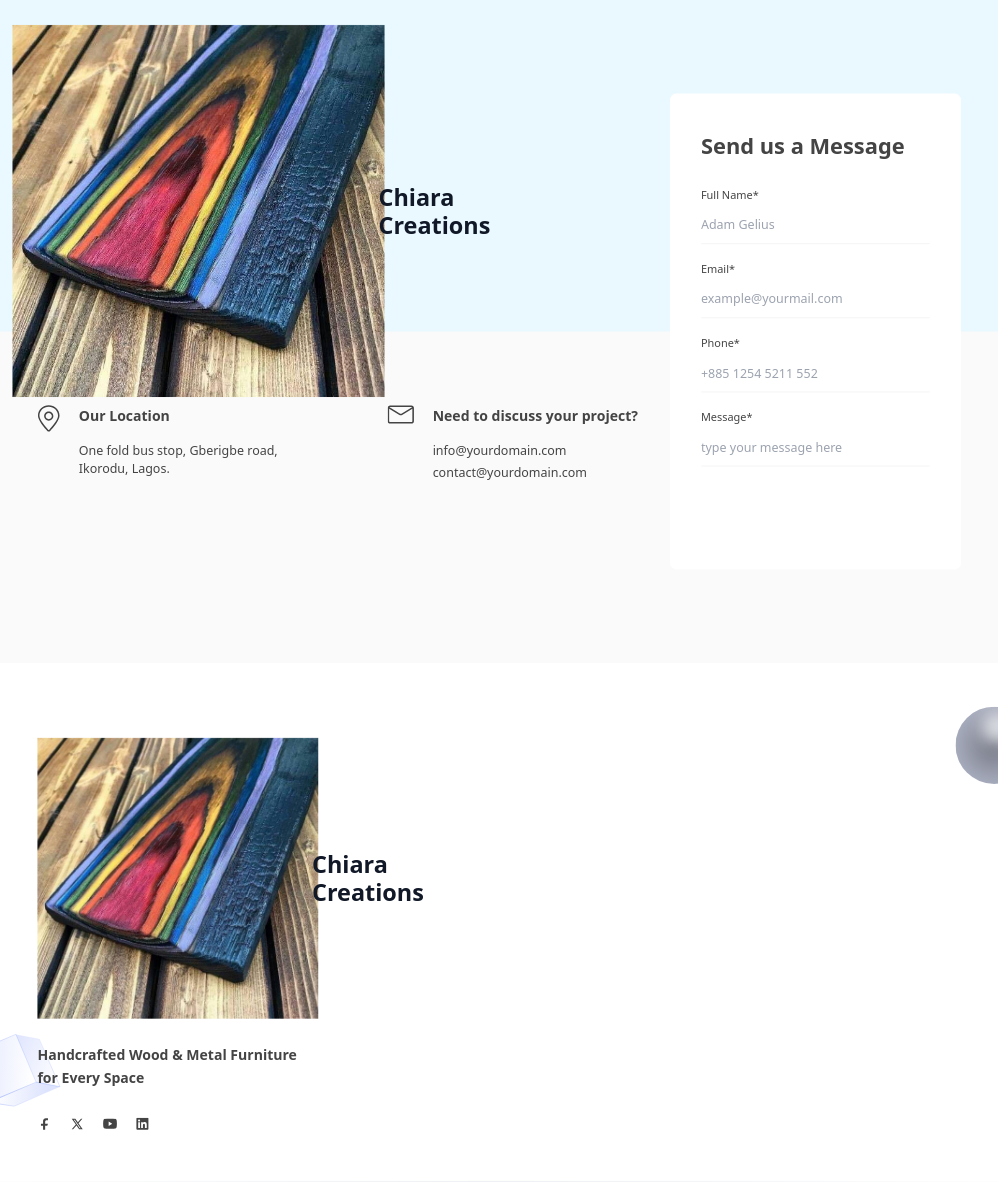
Repository: SuezDevelopment/chiara_creations
Page: /
An editor plug-in stored every save of this project. The page is shown before and after the next save, followed by the edit.
The browser window is 1280 px wide. The pictures show the whole page, at 78% of full size.
The project was rebuilt for these pictures with package versions that can differ from the ones it lists, and the page was loaded fresh each time. The framework's server and built-in components were replaced by stand-ins that run in the browser. Also part of the build but not shown: next.config.mjs.

Above is the page before, as saved 2024-03-07 13:14:34.

### src/pages/_app.tsx
import 'tailwindcss/tailwind.css';
import "@/styles/globals.css";
import type { AppProps } from "next/app";

import {memo} from 'react';

const MyApp = memo(({Component, pageProps}: AppProps): JSX.Element => {
  return (
    <>
      <Component {...pageProps} />
    </>
  );
});

export default MyApp;

### src/pages/_document.tsx
import { Html, Head, Main, NextScript } from "next/document";

export default function Document() {
  return (
    <Html lang="en">
      <Head>
        <meta charSet="utf-8" />

        <meta content="notranslate" name="google" />
      </Head>
      <body>
        <Main />
        <NextScript />
      </body>
    </Html>
  );
}

### src/pages/index.tsx
import Image from "next/image";
import { Inter } from "next/font/google";
import Page from "@/components/layout/page";
import { homePageMeta } from "@/data/data";
import Header from "@/components/ui/header";
import Contact from "@/components/ui/contact";
import Footer from "@/components/ui/footer";

export default function Home() {
  const {title, description} = homePageMeta;
  return (
    <Page title={title} description={description}>
      <Header />
      <Contact />
      <Footer />
    </Page>
  );
}

### src/styles/globals.css
@tailwind base;
@tailwind components;
@tailwind utilities;

@layer utilities {
  /* Chrome, Safari and Opera */
  .no-scrollbar::-webkit-scrollbar {
    display: none;
  }

  .no-scrollbar {
    -ms-overflow-style: none; /* IE and Edge */
    scrollbar-width: none; /* Firefox */
  }
}

@supports (-webkit-touch-callout: none) {
  .h-screen {
    height: -webkit-fill-available;
  }
}

* {
  -webkit-font-smoothing: antialiased;
  -moz-osx-font-smoothing: grayscale;
}

html {
  -webkit-tap-highlight-color: transparent;
  scroll-behavior: smooth;
  height: 100vh;
}

body {
  position: relative;
  width: 100%;
  color: #444444;
  font-family: system-ui, -apple-system, BlinkMacSystemFont, 'Segoe UI', Ubuntu, 'Helvetica Neue', sans-serif;
  background-color: #fafafa;
}

td,
th {
  padding: 4px 8px 4px 4px;
  text-align: left;
}

th {
  font-weight: 600;
}

### src/components/layout/page.tsx
import { HomepageMeta } from '@/data/types';
import {NextPage} from 'next';
import Head from 'next/head';
import {useRouter} from 'next/router';
import {memo, PropsWithChildren} from 'react';


const Page: NextPage<PropsWithChildren<HomepageMeta>> = memo(({children, title, description}) => {
    const router = useRouter();
    const {asPath: pathname} = useRouter();
    return (
        <>
            <Head>
                <title>{title}</title>
                <meta name="description" content={description} />

                 {/* several domains list the same content, make sure google knows we mean this one. */}
                <link href={`https://chiara-creations.vercel.app${pathname}`} key="canonical" rel="canonical" />
                <link href="/favicon.ico" rel="icon" sizes="any" />

                <link href="/icon.svg" rel="icon" type="image/svg+xml" />

                <link href="/apple-touch-icon.png" rel="apple-touch-icon" />

                <link href="/site.webmanifest" rel="manifest" />

                {/* Open Graph : https://ogp.me/ */}
                <meta content={title} property="og:title" />
                <meta content={description} property="og:description" />
                <meta content={`https://chiara-creations.vercel.app${pathname}`} property="og:url" />

                <meta content={title} name="twitter:title" />
                <meta content={description} name="twitter:description" />
            </Head>
            <main>
                {children}
            </main>
        </>
    )
});

Page.displayName = 'Page';
export default Page;

### src/data/data.ts
import { HomepageMeta, Service } from "./types";

export const homePageMeta: HomepageMeta = {
  title:
    "Chiara Creations - Handcrafted Wood & Metal Furniture for Every Space",
  description:
    "With a focus on quality craftsmanship and innovative design, we cater to various sectors including residential, commercial, and industrial clients.",
};

export const services: Service[] = [
  {
    name: "Wooden Furniture",
    description:
      "At Chiara creations,our wooden furniture range includes but is not limited to tables, chairs, doors,cabinets, shelves, closets,bed frames, and custom-designed pieces.",
  },
  {
    name: "Metal Furniture",
    description:
      "We also manufacture metal furniture such as steel-framed tables, chairs, desks, shelves, armored doors, security doors , regular doors and industrial-style furniture for modern living spaces.",
  },
  {
    name: "Custom Fabrication",
    description:
      "We provide bespoke fabrication services, collaborating closely with clients to create custom wood and metal products tailored to their specific requirements.",
  },
  {
    name: "Interior Design Solutions",
    description:
      "Our team here at Chiara creations offers comprehensive interior design solutions, integrating our furniture pieces into cohesive interior spaces for homes, offices, restaurants, and other commercial establishments.",
  },
  {
    name: "Consultation and Installation",
    description:
      "From initial consultation to final installation, we ensure a seamless process, guiding clients through every step of the project to achieve their desired outcome.",
  },
];

### src/components/ui/header.tsx
"use client";
import Image from "next/image";
import Link from "next/link";
import { usePathname } from "next/navigation";
// import ThemeToggler from "./ThemeToggler";
// import menuData from "./menuData";
import { useState, useEffect, SetStateAction, ReactElement, JSXElementConstructor, ReactNode, PromiseLikeOfReactNode, Key, ReactPortal } from "react";
import { UrlObject } from "url";


const menuData: { path: string | UrlObject; title: string | number | boolean | PromiseLikeOfReactNode | ReactElement<any, string | JSXElementConstructor<any>> | Iterable<ReactNode> | null | undefined; submenu: any[]; }[] = [

];

const Header = () => {
  // Navbar toggle
  const [navbarOpen, setNavbarOpen] = useState(false);
  const navbarToggleHandler = () => {
    setNavbarOpen(!navbarOpen);
  };

  // Sticky Navbar
  const [sticky, setSticky] = useState(false);
  const handleStickyNavbar = () => {
    if (window.scrollY >= 80) {
      setSticky(true);
    } else {
      setSticky(false);
    }
  };
  useEffect(() => {
    window.addEventListener("scroll", handleStickyNavbar);
  });

  // submenu handler
  const [openIndex, setOpenIndex] = useState(-1);
  const handleSubmenu = (index: number) => {
    if (openIndex === index) {
      setOpenIndex(-1);
    } else {
      setOpenIndex(index);
    }
  };

  const usePathName = usePathname();

  return (
    <>
      <header
        className={`header left-0 right-0 top-0 z-40 flex w-full items-center ${
          sticky
            ? "dark:bg-gray-dark dark:shadow-sticky-dark fixed z-[9999] bg-white !bg-opacity-80 shadow-sticky backdrop-blur-sm transition"
            : "absolute bg-transparent"
        }`}
      >
        <div className="container">
          <div className="relative mx-4 flex items-center justify-between">
            <div className="w-full max-w-full px-4 xl:mr-12 relative z-20 flex justify-between md:px-0 lg:w-max">
              <Link
                href="/"
                className={`header-logo w-full flex items-center -space-x-2 ${
                  sticky ? "py-5 lg:py-2" : "py-8"
                } `}
              >
                <Image
                  src="/images/logo.png"
                  alt="logo"
                  width={40}
                  height={30}
                  className="w-full dark:hidden"
                />
                <Image
                  src="/images/logo.png"
                  alt="logo"
                  width={40}
                  height={30}
                  className="hidden w-full dark:block"
                />
              <span className="text-2xl sm:text-xl md:text-3xl font-bold text-gray-900 dark:text-gray">Chiara Creations</span>
              </Link>
            </div>
            <div className="flex w-full items-center justify-between px-4">
              <div>
                <button
                  onClick={navbarToggleHandler}
                  id="navbarToggler"
                  aria-label="Mobile Menu"
                  className="absolute right-4 top-1/2 block translate-y-[-50%] rounded-lg px-3 py-[6px] ring-primary focus:ring-2 lg:hidden"
                >
                  <span
                    className={`relative my-1.5 block h-0.5 w-[30px] bg-black transition-all duration-300 dark:bg-white ${
                      navbarOpen ? " top-[7px] rotate-45" : " "
                    }`}
                  />
                  <span
                    className={`relative my-1.5 block h-0.5 w-[30px] bg-black transition-all duration-300 dark:bg-white ${
                      navbarOpen ? "opacity-0 " : " "
                    }`}
                  />
                  <span
                    className={`relative my-1.5 block h-0.5 w-[30px] bg-black transition-all duration-300 dark:bg-white ${
                      navbarOpen ? " top-[-8px] -rotate-45" : " "
                    }`}
                  />
                </button>
                <nav
                  id="navbarCollapse"
                  className={`navbar absolute right-0 z-30 w-[250px] rounded border-[.5px] border-body-color/50 bg-white px-6 py-4 duration-300 dark:border-body-color/20 dark:bg-dark lg:visible lg:static lg:w-auto lg:border-none lg:!bg-transparent lg:p-0 lg:opacity-100 ${
                    navbarOpen
                      ? "visibility top-full opacity-100"
                      : "invisible top-[120%] opacity-0"
                  }`}
                >
                  <ul className="block lg:flex lg:space-x-12">
                    {menuData.map((menuItem: { path: string | UrlObject; title: string | number | boolean | ReactElement<any, string | JSXElementConstructor<any>> | Iterable<ReactNode> | PromiseLikeOfReactNode | null | undefined; submenu: any[]; }, index: any | null | undefined) => (
                      <li key={index} className="group relative">
                        {menuItem.path ? (
                          <Link
                            href={menuItem.path}
                            className={`flex py-2 text-base lg:mr-0 lg:inline-flex lg:px-0 lg:py-6 ${
                              usePathName === menuItem.path
                                ? "text-primary dark:text-white"
                                : "text-dark hover:text-primary dark:text-white/70 dark:hover:text-white"
                            }`}
                          >
                            {menuItem.title}
                          </Link>
                        ) : (
                          <>
                            <p
                              onClick={() => handleSubmenu(index)}
                              className="flex cursor-pointer items-center justify-between py-2 text-base text-dark group-hover:text-primary dark:text-white/70 dark:group-hover:text-white lg:mr-0 lg:inline-flex lg:px-0 lg:py-6"
                            >
                              {menuItem.title}
                              <span className="pl-3">
                                <svg width="25" height="24" viewBox="0 0 25 24">
                                  <path
                                    fillRule="evenodd"
                                    clipRule="evenodd"
                                    d="M6.29289 8.8427C6.68342 8.45217 7.31658 8.45217 7.70711 8.8427L12 13.1356L16.2929 8.8427C16.6834 8.45217 17.3166 8.45217 17.7071 8.8427C18.0976 9.23322 18.0976 9.86639 17.7071 10.2569L12 15.964L6.29289 10.2569C5.90237 9.86639 5.90237 9.23322 6.29289 8.8427Z"
                                    fill="currentColor"
                                  />
                                </svg>
                              </span>
                            </p>
                            <div
                              className={`submenu relative left-0 top-full rounded-sm bg-white transition-[top] duration-300 group-hover:opacity-100 dark:bg-dark lg:invisible lg:absolute lg:top-[110%] lg:block lg:w-[250px] lg:p-4 lg:opacity-0 lg:shadow-lg lg:group-hover:visible lg:group-hover:top-full ${
                                openIndex === index ? "block" : "hidden"
                              }`}
                            >
                              {menuItem.submenu.map((submenuItem: { path: string | UrlObject; title: string | number | boolean | ReactElement<any, string | JSXElementConstructor<any>> | Iterable<ReactNode> | ReactPortal | PromiseLikeOfReactNode | null | undefined; }, index: Key | null | undefined) => (
                                <Link
                                  href={submenuItem.path}
                                  key={index}
                                  className="block rounded py-2.5 text-sm text-dark hover:text-primary dark:text-white/70 dark:hover:text-white lg:px-3"
                                >
                                  {submenuItem.title}
                                </Link>
                              ))}
                            </div>
                          </>
                        )}
                      </li>
                    ))}
                  </ul>
                </nav>
              </div>

            </div>
          </div>
        </div>
      </header>
    </>
  );
};

export default Header;

### src/components/ui/contact.tsx
const Contact = () => {
    return (
      <section id="contact" className="relative py-20 md:py-[120px]">
        <div className="absolute left-0 top-0 -z-[1] h-full w-full dark:bg-dark"></div>
        <div className="absolute left-0 top-0 -z-[1] h-1/2 w-full bg-[#E9F9FF] dark:bg-dark-700 lg:h-[45%] xl:h-1/2"></div>
        <div className="container px-4">
          <div className="mx-4 flex flex-wrap items-center">
            <div className="w-full px-4 lg:w-7/12 xl:w-8/12">
              <div className="ud-contact-content-wrapper">
                <div className="ud-contact-title mb-12 lg:mb-[150px]">
                  <span className="mb-6 block text-base font-medium text-dark">
                    CONTACT US
                  </span>
                  <h2 className="max-w-[360px] text-[35px] font-bold leading-[1.14] text-dark">
                    Let Chiara Creations transform your space.
                  </h2>
                </div>
                <div className="mb-12 flex flex-wrap justify-between lg:mb-0">
                  <div className="mb-8 flex w-[330px] max-w-full">
                    <div className="mr-6 text-[32px] text-primary">
                      <svg
                        width="29"
                        height="35"
                        viewBox="0 0 29 35"
                        className="fill-current font-extrabold"
                      >
                        <path d="M14.5 0.710938C6.89844 0.710938 0.664062 6.72656 0.664062 14.0547C0.664062 19.9062 9.03125 29.5859 12.6406 33.5234C13.1328 34.0703 13.7891 34.3437 14.5 34.3437C15.2109 34.3437 15.8672 34.0703 16.3594 33.5234C19.9688 29.6406 28.3359 19.9062 28.3359 14.0547C28.3359 6.67188 22.1016 0.710938 14.5 0.710938ZM14.9375 32.2109C14.6641 32.4844 14.2812 32.4844 14.0625 32.2109C11.3828 29.3125 2.57812 19.3594 2.57812 14.0547C2.57812 7.71094 7.9375 2.625 14.5 2.625C21.0625 2.625 26.4219 7.76562 26.4219 14.0547C26.4219 19.3594 17.6172 29.2578 14.9375 32.2109Z" />
                        <path d="M14.5 8.58594C11.2734 8.58594 8.59375 11.2109 8.59375 14.4922C8.59375 17.7188 11.2187 20.3984 14.5 20.3984C17.7812 20.3984 20.4062 17.7734 20.4062 14.4922C20.4062 11.2109 17.7266 8.58594 14.5 8.58594ZM14.5 18.4297C12.3125 18.4297 10.5078 16.625 10.5078 14.4375C10.5078 12.25 12.3125 10.4453 14.5 10.4453C16.6875 10.4453 18.4922 12.25 18.4922 14.4375C18.4922 16.625 16.6875 18.4297 14.5 18.4297Z" />
                      </svg>
                    </div>
                    <div>
                      <h3 className="mb-[18px] text-lg font-semibold text-dark">
                        Our Location
                      </h3>
                      <p className="text-base text-body-color dark:text-dark-6">
                        One fold bus stop, Gberigbe road, Ikorodu, Lagos.
                      </p>
                    </div>
                  </div>
                  <div className="mb-8 flex w-[330px] max-w-full">
                    <div className="mr-6 text-[32px] text-primary">
                      <svg
                        width="34"
                        height="25"
                        viewBox="0 0 34 25"
                        className="fill-current font-extrabold"
                      >
                        <path d="M30.5156 0.960938H3.17188C1.42188 0.960938 0 2.38281 0 4.13281V20.9219C0 22.6719 1.42188 24.0938 3.17188 24.0938H30.5156C32.2656 24.0938 33.6875 22.6719 33.6875 20.9219V4.13281C33.6875 2.38281 32.2656 0.960938 30.5156 0.960938ZM30.5156 2.875C30.7891 2.875 31.0078 2.92969 31.2266 3.09375L17.6094 11.3516C17.1172 11.625 16.5703 11.625 16.0781 11.3516L2.46094 3.09375C2.67969 2.98438 2.89844 2.875 3.17188 2.875H30.5156ZM30.5156 22.125H3.17188C2.51562 22.125 1.91406 21.5781 1.91406 20.8672V5.00781L15.0391 12.9922C15.5859 13.3203 16.1875 13.4844 16.7891 13.4844C17.3906 13.4844 17.9922 13.3203 18.5391 12.9922L31.6641 5.00781V20.8672C31.7734 21.5781 31.1719 22.125 30.5156 22.125Z" />
                      </svg>
                    </div>
                    <div>
                      <h3 className="mb-[18px] text-lg font-semibold text-dark">
                        Need to discuss your project?
                      </h3>
                      <p className="text-base text-body-color dark:text-dark-6">
                        info@yourdomain.com
                      </p>
                      <p className="mt-1 text-base text-body-color dark:text-dark-6">
                        contact@yourdomain.com
                      </p>
                    </div>
                  </div>
                </div>
              </div>
            </div>
            <div className="w-full px-4 lg:w-5/12 xl:w-4/12">
              <div
                className="wow fadeInUp rounded-lg bg-white px-8 py-10 shadow-testimonial dark:bg-dark-2 dark:shadow-none sm:px-10 sm:py-12 md:p-[60px] lg:p-10 lg:px-10 lg:py-12 2xl:p-[60px]"
                data-wow-delay=".2s
                "
              >
                <h3 className="mb-8 text-2xl font-semibold text-dark md:text-[28px] md:leading-[1.42]">
                  Send us a Message
                </h3>
                <form>
                  <div className="mb-[22px]">
                    <label
                      htmlFor="fullName"
                      className="mb-4 block text-sm text-body-color dark:text-dark-6"
                    >
                      Full Name*
                    </label>
                    <input
                      type="text"
                      name="fullName"
                      placeholder="Adam Gelius"
                      className="w-full border-0 border-b border-[#f1f1f1] bg-transparent pb-3 text-dark placeholder:text-body-color/60 focus:border-primary focus:outline-none dark:border-dark-3"
                    />
                  </div>
                  <div className="mb-[22px]">
                    <label
                      htmlFor="email"
                      className="mb-4 block text-sm text-body-color dark:text-dark-6"
                    >
                      Email*
                    </label>
                    <input
                      type="email"
                      name="email"
                      placeholder="example@yourmail.com"
                      className="w-full border-0 border-b border-[#f1f1f1] bg-transparent pb-3 text-dark placeholder:text-body-color/60 focus:border-primary focus:outline-none dark:border-dark-3"
                    />
                  </div>
                  <div className="mb-[22px]">
                    <label
                      htmlFor="phone"
                      className="mb-4 block text-sm text-body-color dark:text-dark-6"
                    >
                      Phone*
                    </label>
                    <input
                      type="text"
                      name="phone"
                      placeholder="+885 1254 5211 552"
                      className="w-full border-0 border-b border-[#f1f1f1] bg-transparent pb-3 text-dark placeholder:text-body-color/60 focus:border-primary focus:outline-none dark:border-dark-3"
                    />
                  </div>
                  <div className="mb-[30px]">
                    <label
                      htmlFor="message"
                      className="mb-4 block text-sm text-body-color dark:text-dark-6"
                    >
                      Message*
                    </label>
                    <textarea
                      name="message"
                      rows={1}
                      placeholder="type your message here"
                      className="w-full resize-none border-0 border-b border-[#f1f1f1] bg-transparent pb-3 text-dark placeholder:text-body-color/60 focus:border-primary focus:outline-none dark:border-dark-3"
                    ></textarea>
                  </div>
                  <div className="mb-0">
                    <button
                      type="submit"
                      className="inline-flex items-center justify-center rounded-md bg-primary px-10 py-3 text-base font-medium text-white transition duration-300 ease-in-out hover:bg-primary/90"
                    >
                      Send
                    </button>
                  </div>
                </form>
              </div>
            </div>
          </div>
        </div>
      </section>
    );
  };

  export default Contact;

Loaded but not shown: tailwind.config.ts (common file); src/components/ui/footer.tsx (332 lines, source omitted)

After the next save:
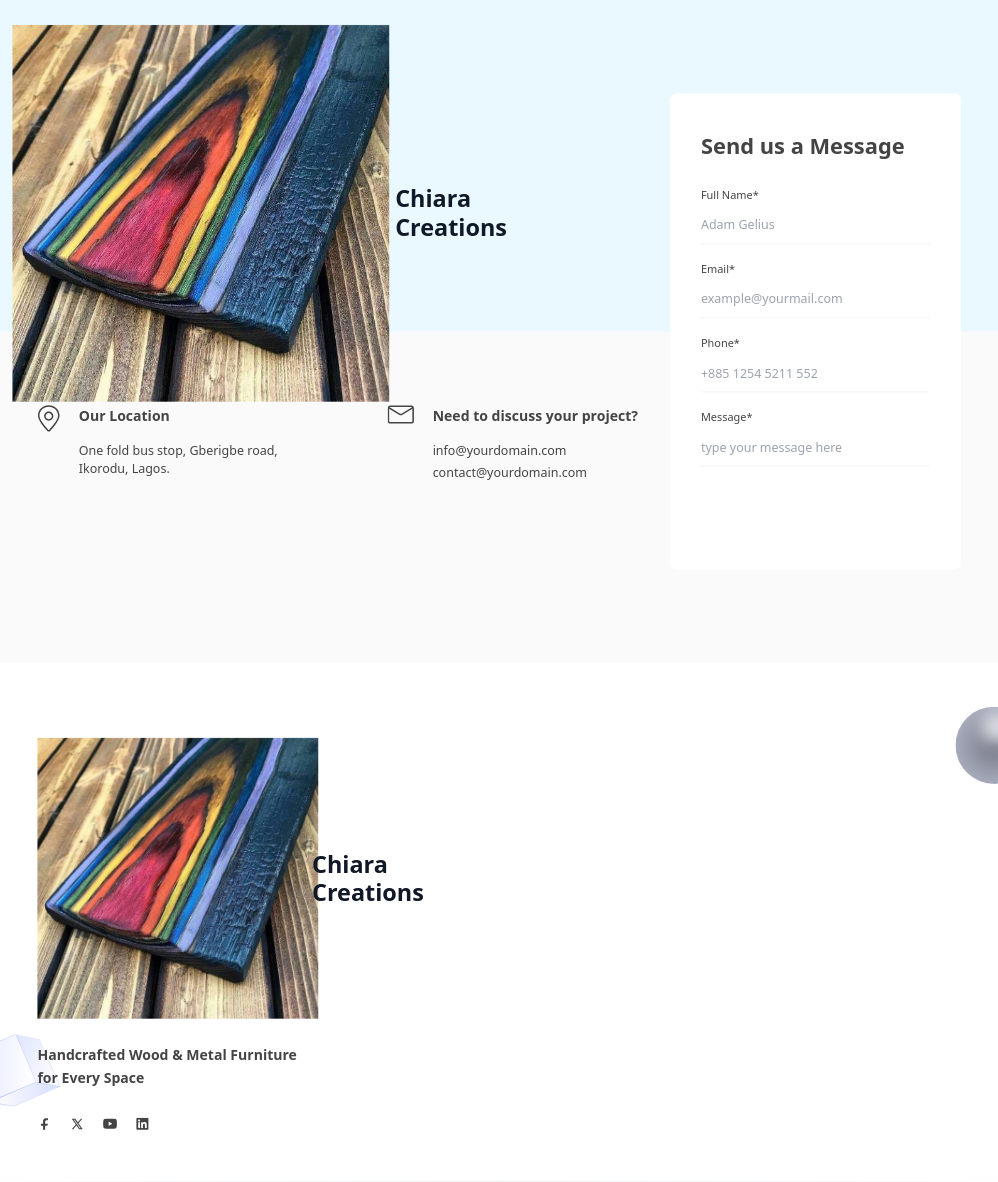
Saved 99 s later.
--- a/src/components/ui/header.tsx
+++ b/src/components/ui/header.tsx
@@ -58,7 +58,7 @@ const Header = () => {
             <div className="w-full max-w-full px-4 xl:mr-12 relative z-20 flex justify-between md:px-0 lg:w-max">
               <Link
                 href="/"
-                className={`header-logo w-full flex items-center -space-x-2 ${
+                className={`header-logo w-full flex items-center space-x-2 ${
                   sticky ? "py-5 lg:py-2" : "py-8"
                 } `}
               >
